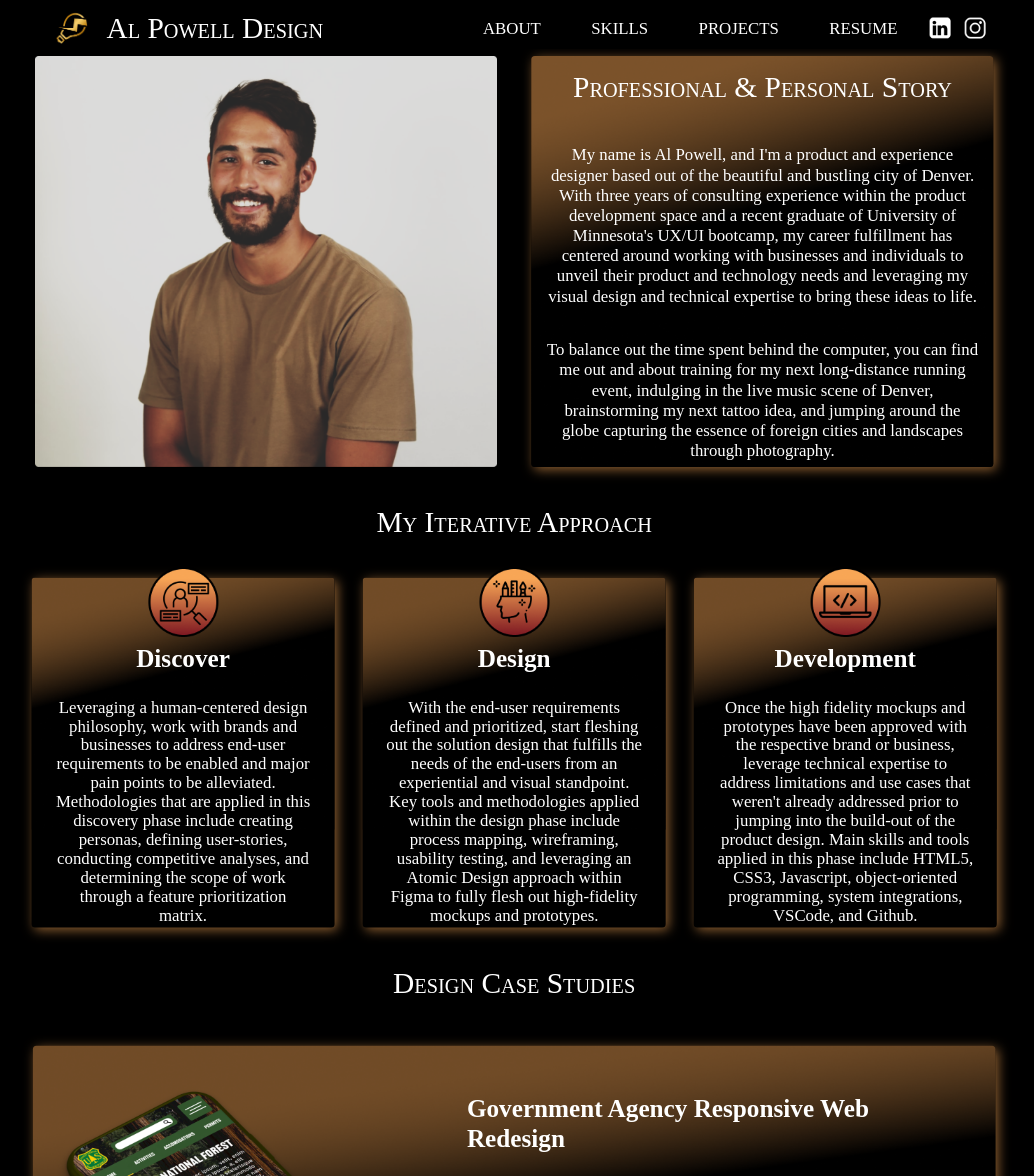
Repository: alpowell24/UX_UI_HW_19
Page: index.html
The author's editor kept a copy of each file at every save. The page is drawn from the files as they stood at one save, then again after the next save.
The browser window is 1280 px wide. The page is 1469 px wide, then 1477 px, so the pictures cover 1477 px, including what lies to the right of the window. The pictures show the part of the page from y = 0 to 1680 px (the page is 2738 px tall before and 2734 px after), at 70% of full size.
Some web fonts or font styles are not loaded; a fallback is used.

Above is the page before, as saved 2022-07-27 09:47:25.

After the next save:
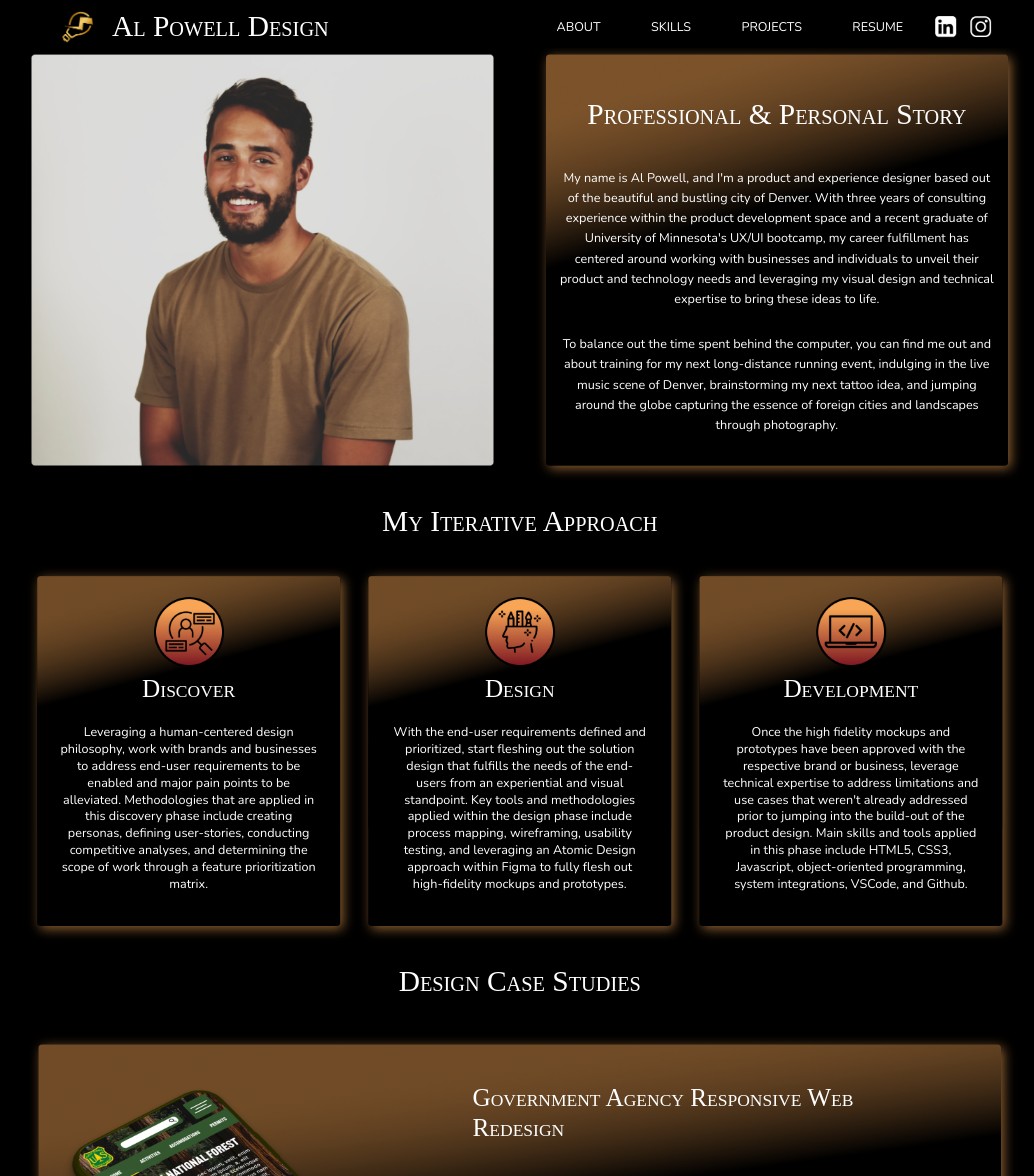
Saved 13 min 6 s later.
--- a/css/index.css
+++ b/css/index.css
@@ -19,7 +19,6 @@ body {
     "footer";
   background-color: black;
   color: white;
-  margin: 10px 0px;
 }
 
 h1 {
@@ -34,19 +33,20 @@ h1 {
 }
 
 h2 {
-  font-family: Interstate;
+  font-family: Fugaz One;
   font-size: 36px;
   font-style: normal;
-  font-weight: 700;
+  font-weight: 400;
   line-height: 43px;
   letter-spacing: 0em;
   text-align: left;
+  font-variant: small-caps;
 }
 
 p {
   font-size: 24px;
-  font-family: Interstate;
-  font-weight: 300;
+  font-family: Nunito;
+  font-weight: 400;
   font-style: normal;
 }
 
@@ -65,7 +65,7 @@ p {
 .heroSection {
   grid-area: heroSection;
   display: flex;
-  justify-content: space-evenly;
+  justify-content: space-around;
   padding-top: 10px;
   padding-bottom: 20px;
 }
@@ -148,8 +148,8 @@ nav {
 
 nav a {
   padding: 36px;
-  font-size: 24px;
-  font-family: Interstate;
+  font-size: 18px;
+  font-family: Nunito;
   transition: color ease;
   color: white;
   text-decoration: none;
@@ -167,9 +167,19 @@ a:hover {
 }
 
 .heroBio p {
-  font-size: 24px;
-  font-family: Interstate;
-  font-weight: 300;
+  font-size: 18px;
+  font-family: Nunito;
+  font-weight: 400;
+  font-style: normal;
+  line-height: 28.8px;
+  padding-left: 20px;
+  padding-right: 20px;
+}
+
+.caseStudySection p {
+  font-size: 18px;
+  font-family: Nunito;
+  font-weight: 400;
   font-style: normal;
   line-height: 28.8px;
   padding-left: 20px;
@@ -182,13 +192,14 @@ button {
   width: 200px;
   background-color: #f9a756;
   border-radius: 10px;
-  font-size: 24px;
-  font-family: Interstate;
+  font-size: 18px;
+  font-family: Nunito;
   font-weight: 700;
   margin-top: 10px;
   transition: background-color 0.5s ease;
   border: 0;
   cursor: pointer;
+  color: black;
 }
 
 .footerLeft {
@@ -243,9 +254,9 @@ button {
 
 .skillsComponent p {
   padding: 0px 33px;
-  font-size: 24px;
-  font-family: Interstate;
-  font-weight: 300;
+  font-size: 18px;
+  font-family: Nunito;
+  font-weight: 400;
   font-style: normal;
   margin-bottom: 20px;
   position: relative;
